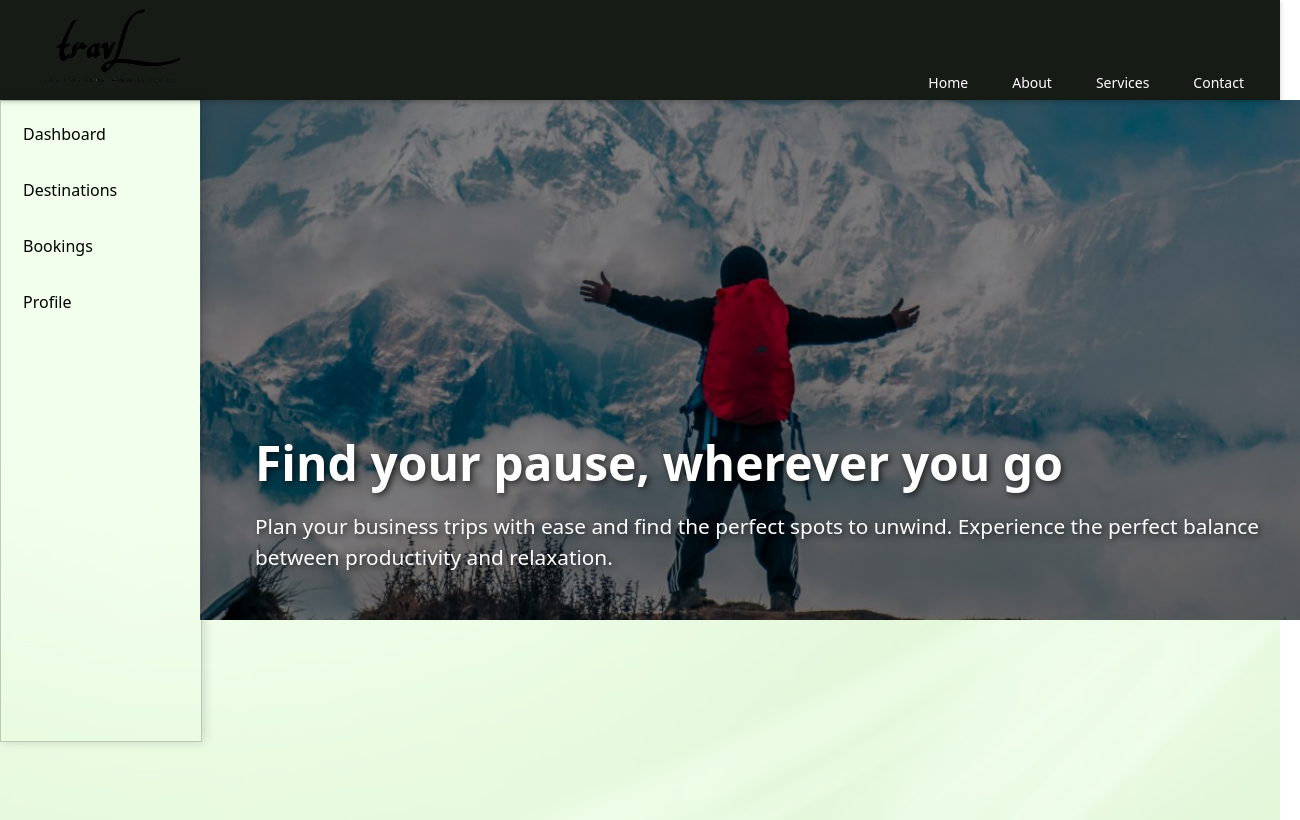
Repository: Nakib-Arman/Javafest25---travL
Page: / (app in Frontend/)
The author's editor kept a copy of each file at every save. The page is drawn from the files as they stood at one save, then again after the next save.
The browser window is 1280 px wide. The page is 1300 px wide, so the pictures cover 1300 px, including what lies to the right of the window. The pictures show the whole page.
Pictures or frames that could not be fetched are drawn as grey boxes. The project was rebuilt for these pictures with package versions that can differ from the ones it lists, and the page was loaded fresh each time. Also part of the build but not shown: Frontend/vite.config.js.

Above is the page before, as saved 2025-08-13 08:59:04.

### Frontend/src/App.jsx
import { useState } from 'react'

import Home from './Components/Home'

function App() {
  const [count, setCount] = useState(0)

  return (
    <div>
      <Home/>
    </div>
  )
}

export default App

### Frontend/src/Components/Home.jsx
import React, { useState, useEffect } from 'react';
import '../CSS/Home.css';
import Topbar from './Topbar';
import Sidebar from './Sidebar';

import img1 from '../assets/travel1.jpg';
import img2 from '../assets/travel2.jpg';
import img3 from '../assets/travel3.jpg';
import logo from '../assets/Logo1.png';  // adjust the path as needed


export default function Home() {
  const images = [img1, img2, img3];
  const [currentIndex, setCurrentIndex] = useState(0);

  useEffect(() => {
    const timer = setInterval(() => {
      setCurrentIndex((prev) => (prev + 1) % images.length);
    }, 8000);
    return () => clearInterval(timer);
  }, [images.length]);

  return (
    <div className="home-container">
      <Topbar />
      <Sidebar />

      <div className="slideshow-container">
        <div
          className="slide-track"
          style={{ transform: `translateX(-${currentIndex * 100}%)` }}
        >
          {images.map((src, idx) => (
            <img key={idx} src={src} alt={`Slide ${idx}`} className="slide-image" />
          ))}
        </div>

        <div className="overlay-text">
          <h1>Find your pause, wherever you go</h1>
          <p>Plan your business trips with ease and find the perfect spots to unwind.
          Experience the perfect balance between productivity and relaxation.</p>
        </div>
      </div>
    </div>
  );
}

### Frontend/src/CSS/Home.css
.home-container {
    margin: 0;
    padding: 0;

    height: 100vh;
    width: 100vw;

    background-image: url('../assets/background2.jpg');
    background-position: center;
    background-repeat: no-repeat;
    background-size: cover;

    position: relative;
    color: black;
}


.home-container::before {
    content: '';
    position: absolute;
    top: 0;
    left: 0;
    right: 0;
    bottom: 0;
    background: rgba(241, 255, 238, 0.9);
    z-index: 1;
    pointer-events: none;
}



/* Slideshow adjusted to leave space for navbars */
.slideshow-container {
    position: relative;
    margin-top: 100px;
    /* space for topbar */
    margin-left: 200px;
    /* space for sidebar */
    width: calc(100% - 180px);
    height: calc(100% - 200px);
    /* 60% of viewport height */
    overflow: hidden;
    background-color: black;
    /* fallback */
    z-index: 2;
}

.slide-track {
    display: flex;
    transition: transform 0.8s ease-in-out;
    height: 100%;
}

.slide-image {
    min-width: 100%;
    height: 100%;
    object-fit: cover;
    opacity: 0.5;
}

/* Text overlay on slideshow */
.overlay-text {
    position: absolute;
    bottom: 5%;
    left: 5%;
    transform: none;
    text-align: left;
    color: white;
    text-shadow: 2px 2px 6px rgba(0, 0, 0, 0.7);
    z-index: 2;
}

.overlay-text h1 {
    font-size: 3rem;
    margin-bottom: 10px;
}

.overlay-text p {
    font-size: 1.3rem;
}

### Frontend/src/Components/Topbar.jsx
// src/components/Topbar.js
import React from 'react';
import '../CSS/Topbar.css';

export default function Topbar() {
  return (
    <nav className="topbar">
      <a className="logo-link" href="/"></a>

      <div className="nav-buttons">
        <button>Home</button>
        <button>About</button>
        <button>Services</button>
        <button>Contact</button>
      </div>
    </nav>
  );
}

### Frontend/src/Components/Sidebar.jsx
// src/components/Sidebar.js
import React from 'react';
import '../CSS/Sidebar.css';

export default function Sidebar() {
  return (
    <div className="sidebar">
      <button>Dashboard</button>
      <button>Destinations</button>
      <button>Bookings</button>
      <button>Profile</button>
    </div>
  );
}

### Frontend/src/CSS/Topbar.css
.topbar {
    position: fixed;
    top: 0;
    left: 0;
    right: 0;
    height: 100px;
    background-color: #161b16;
    display: flex;
    justify-content: space-between;
    align-items: flex-end;
    padding: 0 20px;
    box-shadow: 0 2px 5px rgba(0,0,0,0.2);
    z-index: 1000;
  }

  /* Logo */
  .logo-link {
    display: inline-block;
    height: 100px;   /* make bigger if needed */
    width: 180px;
    background-image: url('../assets/Logo1.png');
    background-size: contain;
    background-repeat: no-repeat;
    background-position: center;
  }

  /* Navigation buttons container */
  .nav-buttons {
    display: flex;
    gap: 12px;
  }

  /* Button styling */
  .nav-buttons button {
    background-color: transparent;
    color: white;
    border: none;
    padding: 8px 16px;
    border-radius: 6px;
    font-size: 14px;
    font-weight: 500;
    cursor: pointer;
    transition: background-color 0.3s ease;
  }

  .nav-buttons button:hover {
    background-color: white;
    color: black;
  }

### Frontend/src/CSS/Sidebar.css
.sidebar {
  position: fixed;
  top: 100px;
  /* below topbar height */
  left: 0;
  width: 180px;
  height: calc(100vh - 100px);
  background-color: transparent;
  display: flex;
  flex-direction: column;
  padding: 10px;
  gap: 10px;
  z-index: 1000;

  /* Border + shadow */
  border: 1px solid rgba(0, 0, 0, 0.2);
  box-shadow: 2px 0 10px rgba(0, 0, 0, 0.15);
}


.sidebar button {
  background-color: transparent;
  color: black;
  border: none;
  padding: 12px;
  text-align: left;
  border-radius: 4px;
  cursor: pointer;
  transition: background-color 0.3s ease;
}

.sidebar button:hover {
  background-color: #666;
}

Loaded but not shown: Frontend/index.html (common file); Frontend/src/main.jsx (common file); Frontend/src/index.css (common file)

After the next save:
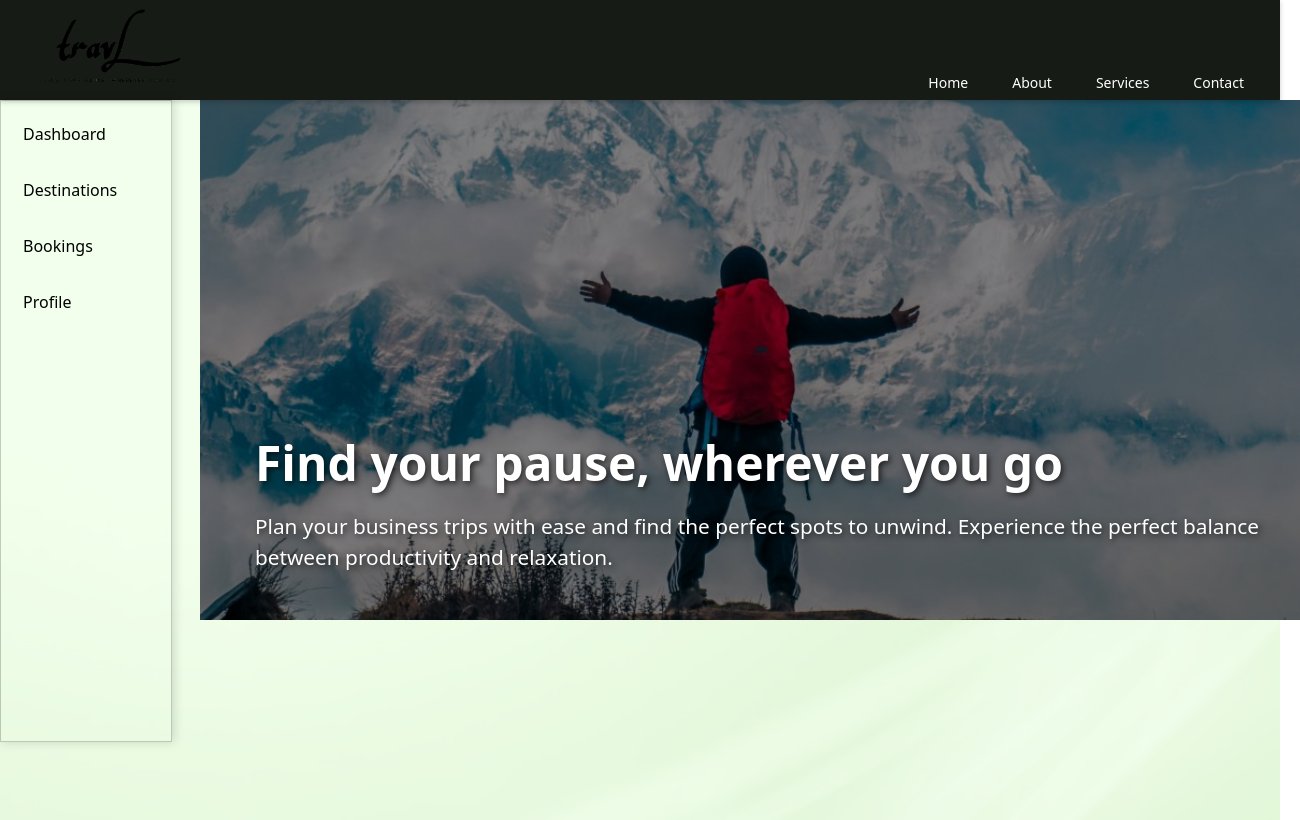
Saved 4 s later.
--- a/Frontend/src/CSS/Sidebar.css
+++ b/Frontend/src/CSS/Sidebar.css
@@ -3,7 +3,7 @@
   top: 100px;
   /* below topbar height */
   left: 0;
-  width: 180px;
+  width: 150px;
   height: calc(100vh - 100px);
   background-color: transparent;
   display: flex;
